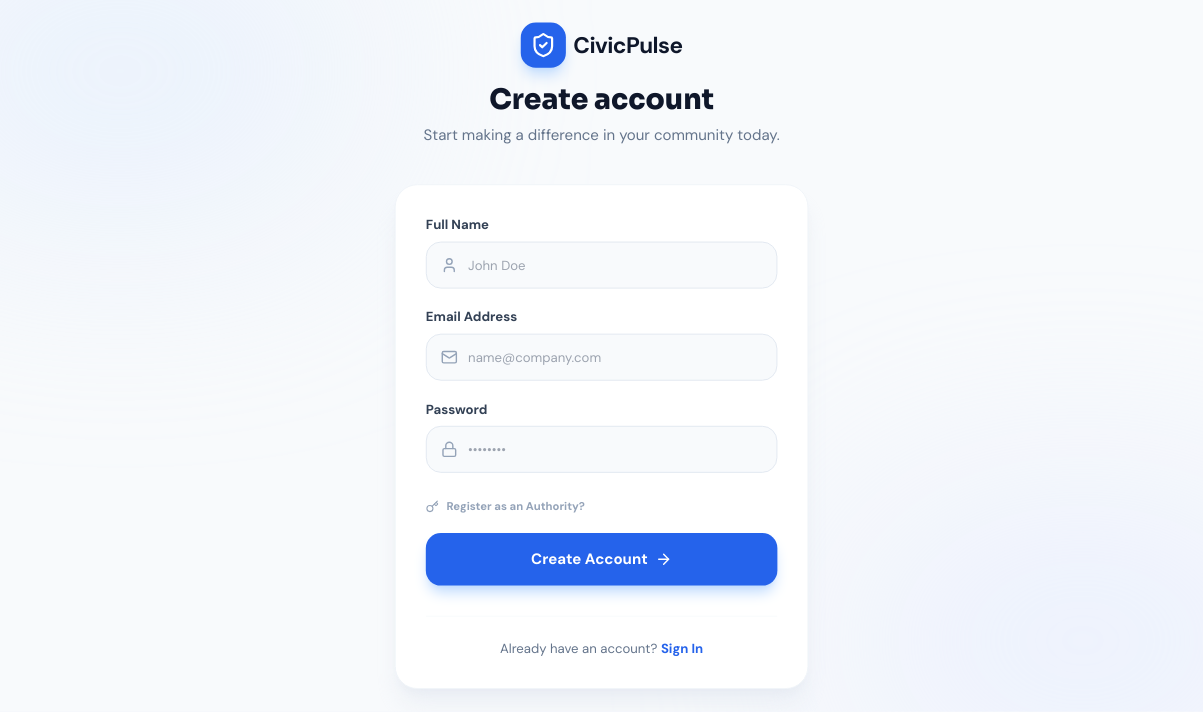
Repository: imshivakumar2003/CivicReportCluster
Page: /register (app in frontend/)
An editor plug-in stored every save of this project. The page is shown before and after a run of saves, followed by the edit.
The browser window is 1280 px wide. The pictures show the whole page, at 94% of full size.
The project was rebuilt for these pictures with package versions that can differ from the ones it lists, and the page was loaded fresh each time. Also part of the build but not shown: frontend/src/components/Navbar.js, frontend/src/pages/Home.js, frontend/src/pages/Login.js, frontend/src/components/StatusBadge.js, frontend/src/components/RatingCard.js, frontend/src/components/AnalyticsDashboard.js, frontend/src/components/IncidentMap.js, frontend/src/utils/pdfExport.js and 2 more.

Above is the page before, as saved 2026-06-12 20:19:59.

After the next 2 saves:
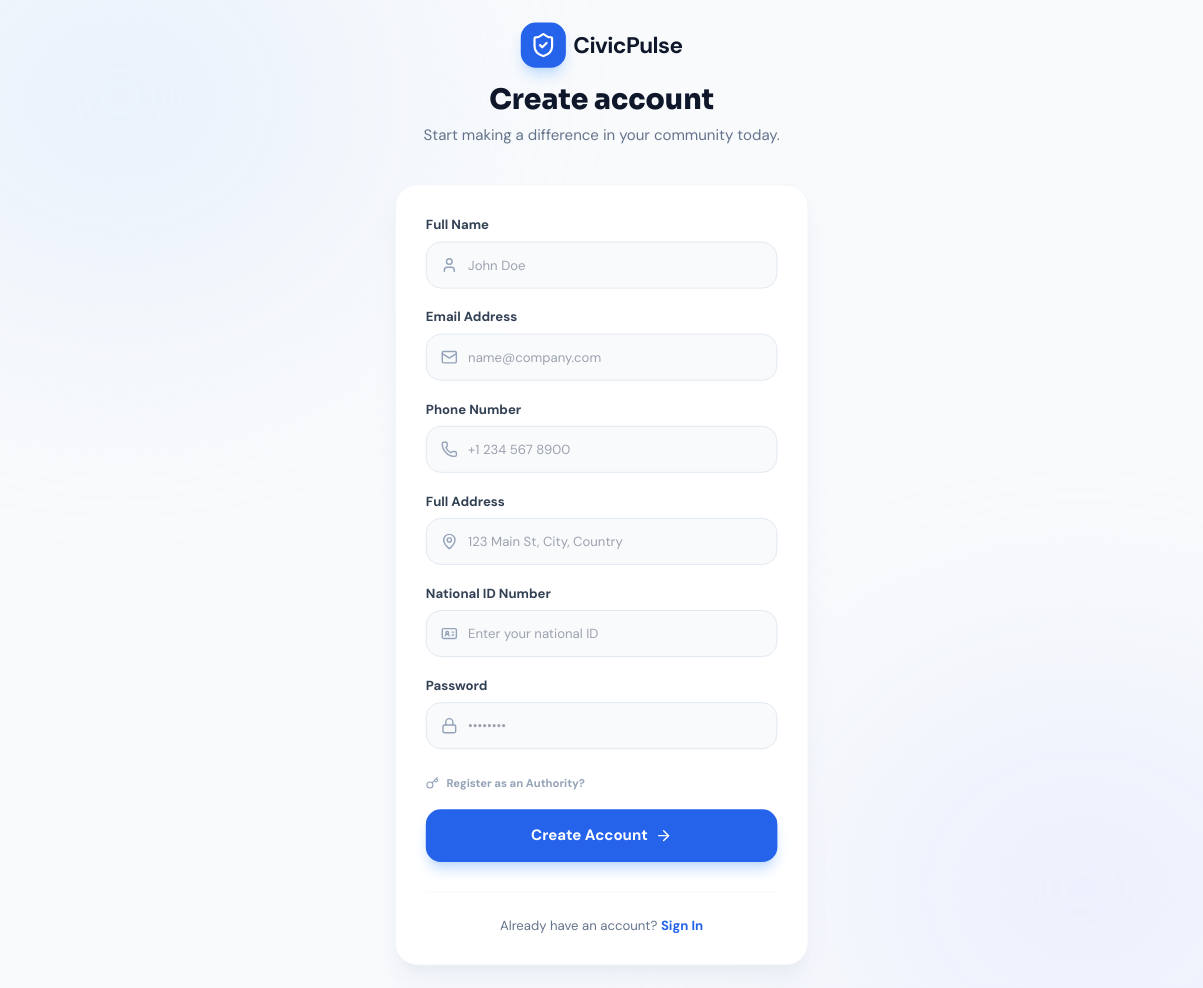
The 2 saves are shown as one change because they came seconds apart.
The last was saved 11 days later.
--- a/frontend/src/pages/Register.js
+++ b/frontend/src/pages/Register.js
@@ -3,10 +3,18 @@ import { Link, useNavigate } from 'react-router-dom';
 import { useAuth } from '../context/AuthContext';
 import { authAPI } from '../api';
 import { Spinner, Alert } from '../components/UI';
-import { User, Mail, Lock, ShieldCheck, ArrowRight, Key } from 'lucide-react';
+import { User, Mail, Lock, ShieldCheck, ArrowRight, Key, Phone, MapPin, IdCard } from 'lucide-react';
 
 const Register = () => {
-  const [form, setForm] = useState({ name: '', email: '', password: '', adminKey: '' });
+  const [form, setForm] = useState({
+    name: '',
+    email: '',
+    phone: '',
+    address: '',
+    nationalId: '',
+    password: '',
+    adminKey: '',
+  });
   const [loading, setLoading] = useState(false);
   const [error, setError] = useState('');
   const [showAdminKey, setShowAdminKey] = useState(false);
@@ -17,16 +25,22 @@ const Register = () => {
     e.preventDefault();
     setError('');
 
+    // Basic validations
     if (form.password.length < 6) {
       return setError('Password must be at least 6 characters');
     }
+    if (!/^\d{10,15}$/.test(form.phone.trim())) {
+      return setError('Please enter a valid phone number (10-15 digits)');
+    }
+    if (form.nationalId.trim().length < 5) {
+      return setError('National ID must be at least 5 characters');
+    }
 
     setLoading(true);
     try {
-      // Determine role based on whether they are using the admin key field
       const submissionData = {
         ...form,
-        role: showAdminKey && form.adminKey ? 'admin' : 'user'
+        role: showAdminKey && form.adminKey ? 'admin' : 'user',
       };
 
       const { data } = await authAPI.register(submissionData);
@@ -95,6 +109,60 @@ const Register = () => {
                   className="w-full pl-11 pr-4 py-3.5 bg-slate-50 border border-slate-200 rounded-2xl text-slate-900 text-sm focus:bg-white focus:ring-4 focus:ring-blue-50 focus:border-blue-500 outline-none transition-all"
                   value={form.email}
                   onChange={(e) => setForm({ ...form, email: e.target.value })}
+                  required
+                />
+              </div>
+            </div>
+
+            {/* Phone Number */}
+            <div>
+              <label className="block text-sm font-bold text-slate-700 mb-2">Phone Number</label>
+              <div className="relative group">
+                <div className="absolute inset-y-0 left-0 pl-4 flex items-center pointer-events-none text-slate-400 group-focus-within:text-blue-500 transition-colors">
+                  <Phone size={18} />
+                </div>
+                <input
+                  type="tel"
+                  placeholder="+1 234 567 8900"
+                  className="w-full pl-11 pr-4 py-3.5 bg-slate-50 border border-slate-200 rounded-2xl text-slate-900 text-sm focus:bg-white focus:ring-4 focus:ring-blue-50 focus:border-blue-500 outline-none transition-all"
+                  value={form.phone}
+                  onChange={(e) => setForm({ ...form, phone: e.target.value })}
+                  required
+                />
+              </div>
+            </div>
+
+            {/* Address */}
+            <div>
+              <label className="block text-sm font-bold text-slate-700 mb-2">Full Address</label>
+              <div className="relative group">
+                <div className="absolute inset-y-0 left-0 pl-4 flex items-center pointer-events-none text-slate-400 group-focus-within:text-blue-500 transition-colors">
+                  <MapPin size={18} />
+                </div>
+                <input
+                  type="text"
+                  placeholder="123 Main St, City, Country"
+                  className="w-full pl-11 pr-4 py-3.5 bg-slate-50 border border-slate-200 rounded-2xl text-slate-900 text-sm focus:bg-white focus:ring-4 focus:ring-blue-50 focus:border-blue-500 outline-none transition-all"
+                  value={form.address}
+                  onChange={(e) => setForm({ ...form, address: e.target.value })}
+                  required
+                />
+              </div>
+            </div>
+
+            {/* National ID */}
+            <div>
+              <label className="block text-sm font-bold text-slate-700 mb-2">National ID Number</label>
+              <div className="relative group">
+                <div className="absolute inset-y-0 left-0 pl-4 flex items-center pointer-events-none text-slate-400 group-focus-within:text-blue-500 transition-colors">
+                  <IdCard size={18} />
+                </div>
+                <input
+                  type="text"
+                  placeholder="Enter your national ID"
+                  className="w-full pl-11 pr-4 py-3.5 bg-slate-50 border border-slate-200 rounded-2xl text-slate-900 text-sm focus:bg-white focus:ring-4 focus:ring-blue-50 focus:border-blue-500 outline-none transition-all"
+                  value={form.nationalId}
+                  onChange={(e) => setForm({ ...form, nationalId: e.target.value })}
                   required
                 />
               </div>
